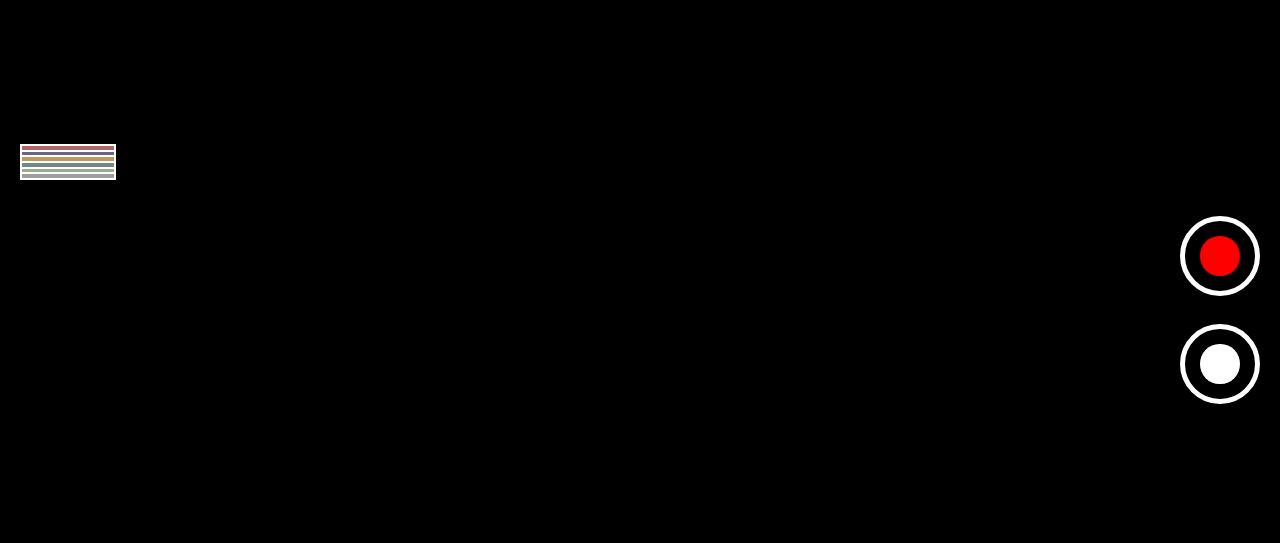
Repository: Priyanshubhartistm/webDev
Page: CSS Que and camera App/Camera/index.html
An editor plug-in stored every save of this project. The page is shown before and after the next save, followed by the edit.
The browser window is 1280 px wide. The pictures show the whole page.
Pictures or frames that could not be fetched are drawn as grey boxes.

Above is the page before, as saved 2021-06-13 20:05:02.

### CSS Que and camera App/Camera/index.html
<!DOCTYPE html>
<html lang="en">

<head>
  <meta charset="UTF-8" />
  <meta http-equiv="X-UA-Compatible" content="IE=edge" />
  <meta name="viewport" content="width=device-width, initial-scale=1.0" />
  <title>Document</title>
  <link rel="stylesheet" href="style.css">
</head>

<body>




  <div id="video-container">
    <video autoplay></video>
  </div>


  <div class="filter-container">
    <div
      class="filter"
      style="background-color: #e5503960; background-blend-mode: color-burn"
    ></div>
    <div
      class="filter"
      style="background-color: #1e37995c; background-blend-mode: color-burn"
    ></div>
    <div
      class="filter"
      style="background-color: #f6b93b6e; background-blend-mode: color-burn"
    ></div>
    <div
      class="filter"
      style="background-color: #07999245; background-blend-mode: color-burn"
    ></div>
    <div
      class="filter"
      style="background-blend-mode: color-burn; background-color: #b8e9943b"
    ></div>
    <div class="filter"></div>
  </div>


  <button id="record"> <div></div></button>
  <button id="capture"> <div></div></button>

  <!-- <button id="start">Start</button>
  <button id="stop">Stop</button>
  <button id="capture">Capture</button> -->

</body>
<script src="script.js"></script>
</html>

### CSS Que and camera App/Camera/style.css
*{
    box-sizing: border-box;
}

body{
    margin: 0;
    background-color: black;
}





#record,#capture{
    height: 5rem;
    width: 5rem;
    border-radius: 50%;
    outline: none;
    border: none;
    position: fixed;
    border: 5px solid white;
    background: black;
}

#record{
    top: 30vh;
    right: 20px;
}

#record div{
    height: 60%;
    width: 68%;
    margin: auto;
    border-radius: 50%;
    background: red;
}


#capture div{
    height: 60%;
    width: 68%;
    margin: auto;
    border-radius: 50%;
    background: white;
}

#capture{
    top: 45vh;
    right: 20px;
}

#video-container{
    height: 100vh;
    width: 100vw;
    overflow: hidden;
}

video{
    height: 100%;
    width: 100%;
}

.record-animation{
    animation: zoom-in-out 0.8s infinite;
}
.capture-animation{

    animation: zoom-in-out 1s ;
}

@keyframes zoom-in-out{
    0%{
        transform: scale(1);
    }
    50%{
        transform: scale(1.1);

    }
    100%{
        transform: scale(1);

    }
}


.filter-container{
    width: 6rem;
    height: 5vh;
    border: 1px solid white;
    position: fixed;
    top: 20vh;
    left: 20px;


}

.filter{
    width: 100%;
    height: calc( 100% / 6 );
    border: 1px solid white;
    background-image: url(https://latticenepal.com/wp-content/uploads/2020/06/nature.jpg);
    background-size: cover;

}

### CSS Que and camera App/Camera/script.js

let video = document.querySelector("video");

// let startBtn = document.querySelector("#start");
// let stopBtn = document.querySelector("#stop");

let recordBtn = document.querySelector("#record");
let recDiv = recordBtn.querySelector("div")
let capBtn = document.querySelector("#capture");
let capDiv = capBtn.querySelector("div")

let mediaRecorder;
let isRecording = false;
let chunks = [];

// startBtn.addEventListener("click", function () {
//   //recording start
//   mediaRecorder.start();
// });

// stopBtn.addEventListener("click", function () {
//   //recording stop
//   mediaRecorder.stop();
// });

recordBtn.addEventListener("click", function (e) {
    if (isRecording) {
        mediaRecorder.stop()
        isRecording = false
        recDiv.classList.remove("record-animation")
    } else {
        mediaRecorder.start()
        isRecording = true
        recDiv.classList.add("record-animation")
    }
})

capBtn.addEventListener("click", function () {

    // if{ isRecording = true
    //     return;
    // }

    capDiv.classList.add("capture-animation")
    setTimeout(function () {
        capDiv.classList.remove("capture-animation")
    }, 1000)

    //Screen Display Image Save
    let canvas = document.createElement("canvas");
    canvas.width = video.videoWidth;
    canvas.height = video.videoHeight;
    let tool = canvas.getContext("2d");
    tool.drawImage(video, 0, 0);

    let link = canvas.toDataURL();
    let a = document.createElement("a");
    a.href = link;
    a.download = "img.png";
    a.click();
    a.remove();
    canvas.remove()
});

navigator.mediaDevices
    .getUserMedia({ video: true, audio: true })
    .then(function (mediaStream) {

        mediaRecorder = new MediaRecorder(mediaStream);

        mediaRecorder.addEventListener("dataavailable", function (e) {
            chunks.push(e.data);
        });

        mediaRecorder.addEventListener("stop", function (e) {
            let blob = new Blob(chunks, { type: "video/mp4" });
            chunks = [];
            let a = document.createElement("a");
            let url = window.URL.createObjectURL(blob);
            a.href = url;
            a.download = "video.mp4";
            a.click();
            a.remove();
        });

        video.srcObject = mediaStream;
    })
    .catch(function (err) {
        console.log(err);
    });

After the next save:
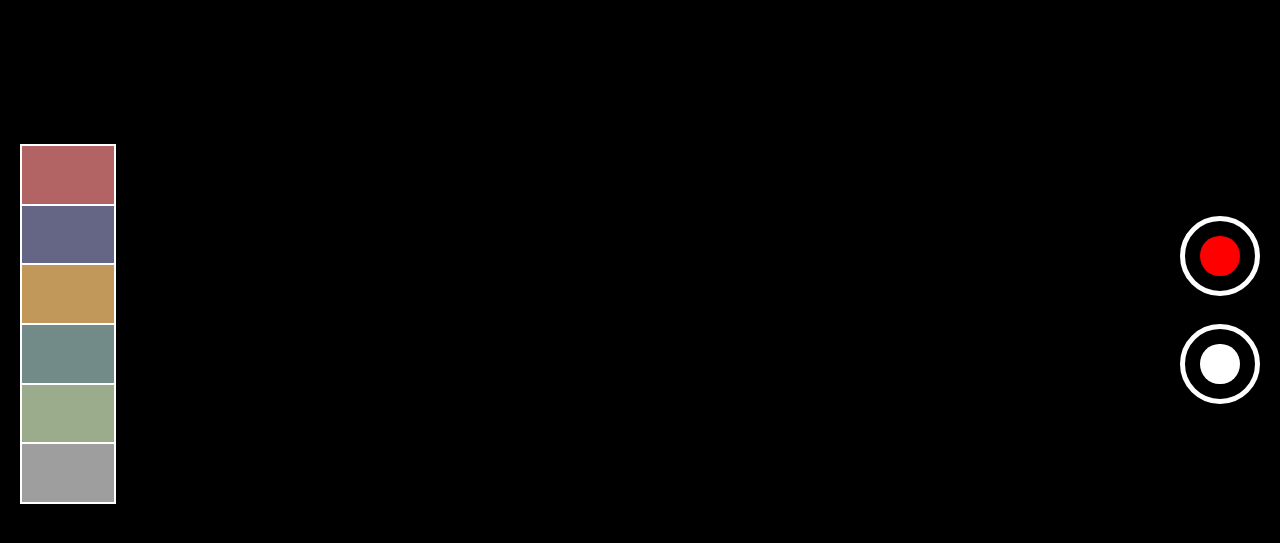
Saved 2 s later.
--- a/CSS Que and camera App/Camera/style.css
+++ b/CSS Que and camera App/Camera/style.css
@@ -85,7 +85,7 @@ video{
 
 .filter-container{
     width: 6rem;
-    height: 5vh;
+    height: 50vh;
     border: 1px solid white;
     position: fixed;
     top: 20vh;
